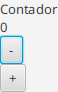
Repository: vitmac1/eclipse-workspace-project
Program's window: java exercicios-javafx/src/basico/Contador.java
These files come from the project's save history. The program's window is drawn as it stood at one moment and after the next save; the edit follows.
It runs on Java 21 on a 1366 x 768 screen with JavaFX 11; the title bar is not drawn.

Above is the program's window before, as saved 2022-10-20 17:58:01.

After the next save:
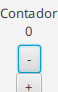
Saved 31 s later.
--- a/exercicios-javafx/src/basico/Contador.java
+++ b/exercicios-javafx/src/basico/Contador.java
@@ -1,6 +1,7 @@
 package basico;
 
 import javafx.application.Application;
+import javafx.geometry.Pos;
 import javafx.scene.Scene;
 import javafx.scene.control.Button;
 import javafx.scene.control.Label;
@@ -24,6 +25,7 @@
 		boxBotoes.getChildren().add(botaoIncremento);
 
 		VBox boxPrincipal = new VBox();
+		boxPrincipal.setAlignment(Pos.BASELINE_CENTER);
 		boxPrincipal.getChildren().add(labelTitulo);
 		boxPrincipal.getChildren().add(labelNumero);
 		boxPrincipal.getChildren().add(botaoDecremento);
